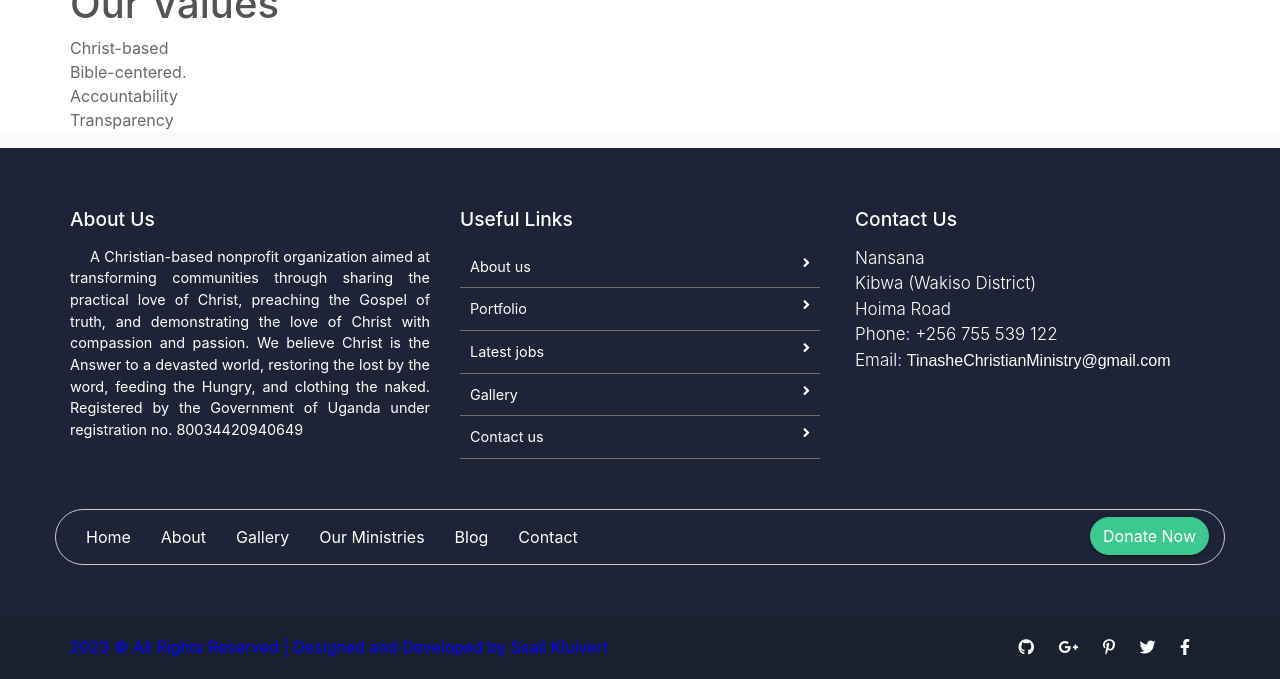
Repository: kluivert-ssali/Zziwa
Page: about_us.html
The author's editor kept a copy of each file at every save. The page is drawn from the files as they stood at one save, then again after the next save.
The browser window is 1280 px wide. The pictures show the part of the page from y = 1556 to 2235 px (the page is 2235 px tall before and 2219 px after).
A picture or video elsewhere on the page could not be fetched, so the positions and the page height are approximate.

Above is the page before, as saved 2023-11-24 23:22:49.

After the next save:
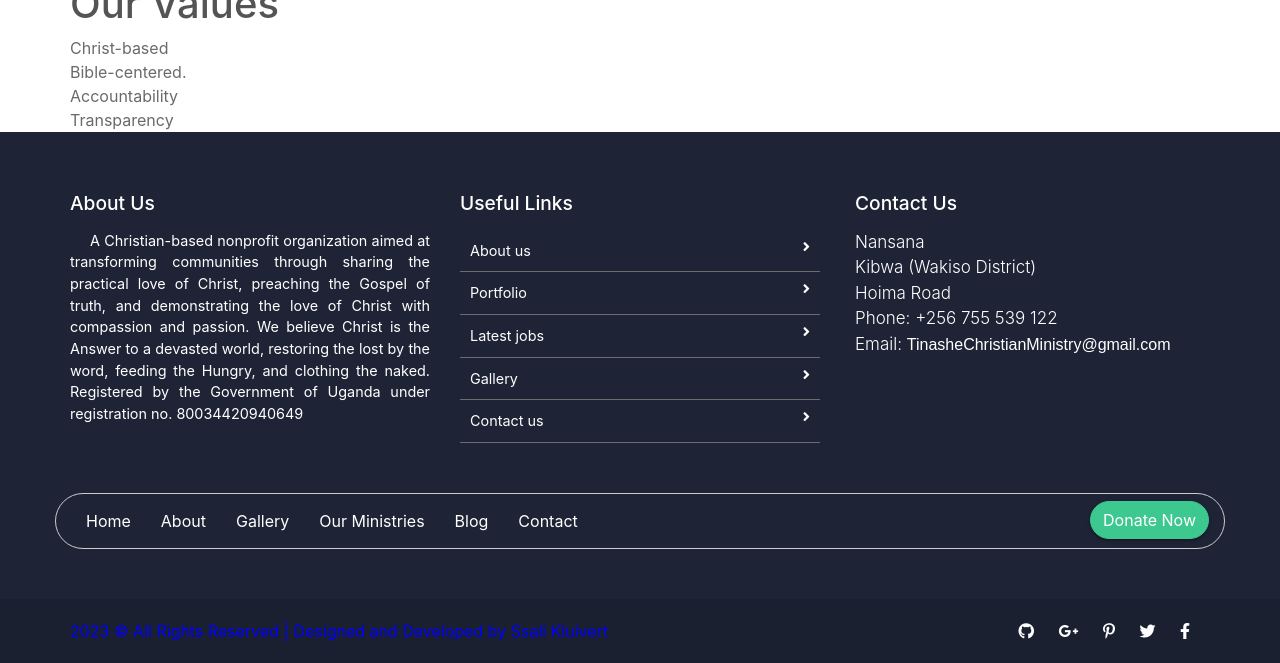
Saved 2 min 15 s later.
--- a/about_us.html
+++ b/about_us.html
@@ -209,12 +209,12 @@
         </div>
         <div>
           <h1>Our Values</h1>
-          <ol>
+          <ul>
             <li>Christ-based</li>
             <li>Bible-centered.</li>
             <li>Accountability</li>
             <li>Transparency</li>
-          </ol>
+          </ul>
         </div>
       </div>
     </section>
